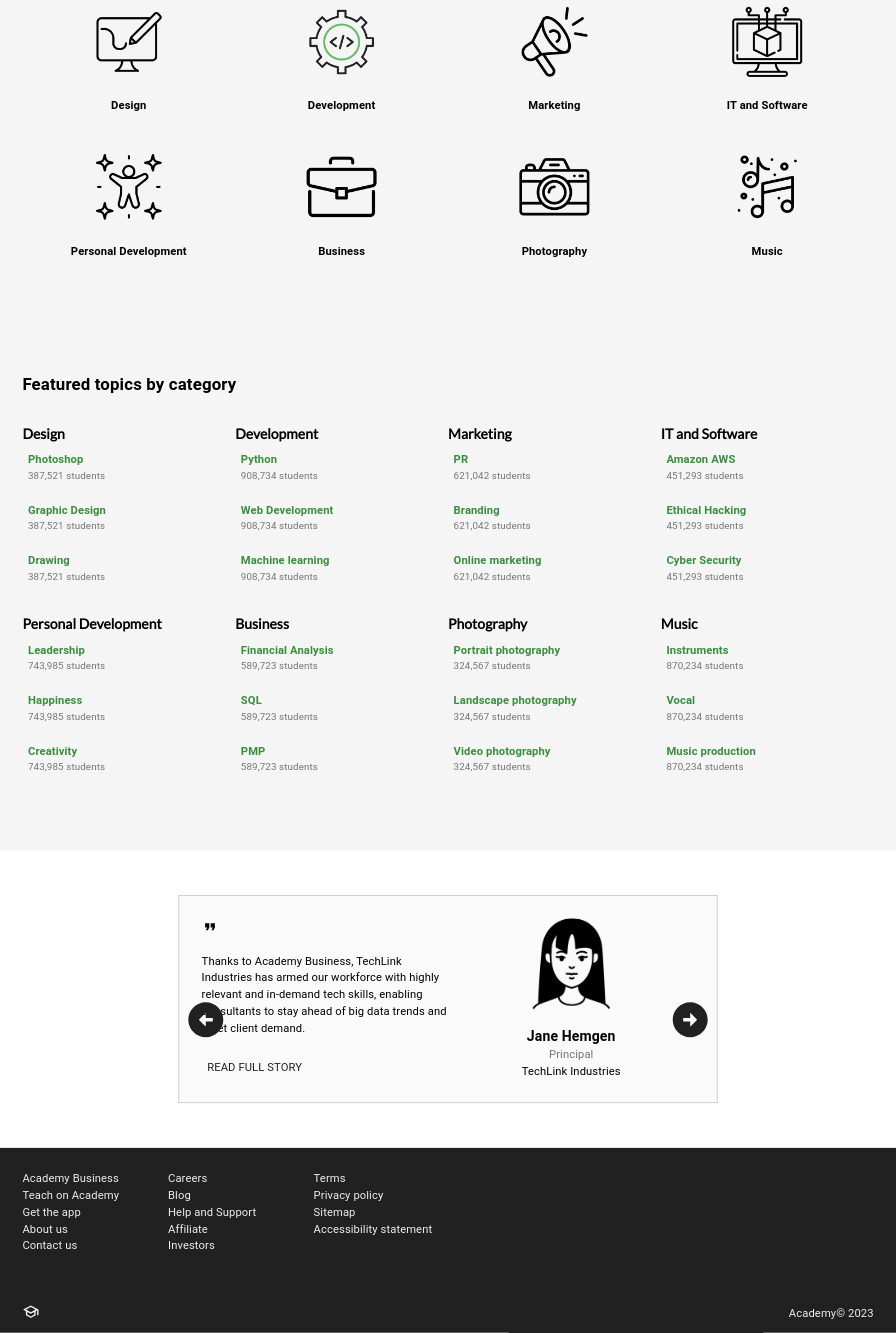
Repository: princ3-web/academy
Page: /
An editor plug-in stored every save of this project. The page is shown before and after a run of saves, followed by the edit.
The browser window is 1280 px wide. The pictures show the part of the page from y = 3697 to 5617 px (the page is 5601 px tall before and 5617 px after), at 70% of full size.
The project was rebuilt for these pictures with package versions that can differ from the ones it lists, and the page was loaded fresh each time. Also part of the build but not shown: vite.config.js, src/pages/Courses.jsx, src/pages/Business.jsx, src/pages/Teach.jsx.

Above is the page before, as saved 2023-07-12 17:20:14.

### src/main.jsx
import React from "react";
import ReactDOM from "react-dom/client";
import App from "./App.jsx";
import "./index.css";
import { BrowserRouter } from "react-router-dom";


ReactDOM.createRoot(document.getElementById("root")).render(
  <React.StrictMode>
      <BrowserRouter>
        <App />
      </BrowserRouter>
  </React.StrictMode>
);

### src/App.jsx
import { useState } from "react";
import "./css/App.module.css";
import { Route, Routes } from "react-router-dom";
import Home from "./pages/Home";
import Courses from "./pages/Courses";
import Business from "./pages/Business";
import Teach from "./pages/Teach";
import Navbar from "./components/Navbar";
import Bottombar from "./components/Bottombar";
import { ThemeProvider, createTheme, responsiveFontSizes  } from "@mui/material/styles";

let theme = createTheme({
  palette: {
    primary: {
      main: "rgba(100, 100, 100, 1)",
      light: "rgba(240, 240, 240, 1)",
      dark: "rgba(15, 15, 15, 1)",
    },
  },
});

theme = responsiveFontSizes(theme);



function App() {
  return (
    <>
      <ThemeProvider theme={theme}>
        <Navbar />
        <Routes>
          <Route path="/" element={<Home />} />
          <Route path="/Courses" element={<Courses />} />
          <Route path="/Business" element={<Business />} />
          <Route path="/Teach" element={<Teach />} />
        </Routes>
        <Bottombar />
      </ThemeProvider>
    </>
  );
}

export default App;

### src/css/App.module.css
  @import url('https://fonts.googleapis.com/css2?family=Lato&display=swap');

  body{
    font-family: 'Lato', sans-serif;
    margin: 0;
    padding: 0;
    overflow-x: hidden;
  }

### src/pages/Home.jsx
import React, { useState } from "react";
import SingleCarousel from "../components/SingleCarousel";
import { Box } from "@mui/material";
import { Typography } from "@mui/material";
import Button from "@mui/material/Button";
import { green, grey } from "@mui/material/colors";
import MultipleCarousel from "../components/MultipleCarousel";
import { courses } from "../data/courses";
import { testimonials } from "../data/testimonials";
import { images } from "../data/images";
import { categories } from "../data/categories";
import TestimonialCard from "../components/TestimonialCard";
import CourseCard from "../components/CourseCard";
import Image from "../components/Image";
import OpinionCard from "../components/OpinionCard";
import { opinions } from "../data/opinions";

const Home = () => {
  const [selectedItem, setSelectedItem] = useState(0);

  return (
    <Box>
      <SingleCarousel images={images} />
      <Box position={"relative"} width={"90vw"} left={"5vw"} py={8}>
        <Typography variant="h1" fontWeight={600}>
          A broad selection of courses
        </Typography>
        <Typography fontSize={20}>
          Choose from over 210,000 online video courses with new additions published every month
        </Typography>
        <Box display={"flex"} flexDirection={"row"} marginTop={2}>
          {courses.map((i, n) => (
            <Button variant="text" onClick={() => setSelectedItem(n)}>
              <Typography fontWeight={600} color={selectedItem === n ? grey[900] : grey[500]}>
                {i.name}
              </Typography>
            </Button>
          ))}
        </Box>
        <Box p={"2vw"} border={"1px solid" + grey[600]}>
          <Typography fontWeight={600} fontSize={28}>
            {courses[selectedItem].title}
          </Typography>
          <Typography width={"65%"} marginY={2}>
            {courses[selectedItem].text}
          </Typography>
          <Button
            variant="text"
            sx={{ border: "1px solid" + grey[900], borderRadius: 0, padding: 1 }}
          >
            <Typography fontWeight={600} color={grey[900]} textTransform={"none"}>
              {courses[selectedItem].button}
            </Typography>
          </Button>
          <MultipleCarousel
            elements={courses[selectedItem].array.map((item, n) => (
              <CourseCard
                title={item.title}
                text={item.text}
                rating={item.rating}
                boxWidth={"30vw"}
                width={"95%"}
                height={200}
                imageObjectFit={"cover"}
              />
            ))}
            index={selectedItem}
          />
        </Box>
      </Box>
      <Box px={4} py={8} sx={{ backgroundColor: grey[200] }}>
        <Typography fontSize={24} fontWeight={600}>
          How learners like you are achieving their goals
        </Typography>
        <MultipleCarousel
          elements={testimonials.map((item, n) => (
            <TestimonialCard name={item.name} text={item.text} />
          ))}
          index={selectedItem}
        />
      </Box>
      <Box px={12} py={8} sx={{ backgroundColor: grey[100] }}>
        <Typography fontSize={24} fontWeight={600}>
          Students are viewing
        </Typography>
        <MultipleCarousel
          elements={courses[0].array.map((item, n) => (
            <CourseCard
              title={item.title}
              text={item.text}
              rating={item.rating}
              boxWidth={"25vw"}
              width={"95%"}
              height={200}
              imageObjectFit={"cover"}
            />
          ))}
          index={selectedItem}
        />
      </Box>
      <Box px={12} py={8} sx={{ backgroundColor: grey[100] }}>
        <Typography fontSize={24} fontWeight={600}>
          Because you searched front end programming
        </Typography>
        <MultipleCarousel
          elements={courses[selectedItem].array.map((item, n) => (
            <CourseCard
              title={item.title}
              text={item.text}
              rating={item.rating}
              boxWidth={"25vw"}
              width={"95%"}
              height={200}
              imageObjectFit={"cover"}
            />
          ))}
          index={selectedItem}
        />
      </Box>
      <Box px={4} py={8} sx={{ backgroundColor: grey[100] }}>
        <Typography fontSize={24} fontWeight={600} mb={5}>
          Top categories
        </Typography>
        <Box display={"flex"} flexWrap={"wrap"}>
          {categories.map((item) => (
            <Box
              width={"25%"}
              sx={{
                display: "flex",
                flexDirection: "column",
                alignItems: "center",
              }}
              mb={4}
            >
              <Button>
                <Box sx={{ justifyContent: "center" }} p={2}>
                  <Image src={item.icon} objectFit={"contain"} height={100} width={200} />
                </Box>
              </Button>

              <Typography fontWeight={600}>
                {item.name}
              </Typography>
            </Box>
          ))}
        </Box>
      </Box>
      <Box px={4} py={8} sx={{ backgroundColor: grey[100] }}>
        <Typography fontSize={24} fontWeight={600} mb={5}>
          Featured topics by category
        </Typography>
        <Box display={"flex"} flexWrap={"wrap"}>
          {categories.map((item) => (
            <Box width={"25%"} display={"flex"} flexDirection={"column"} mb={3}>
              <Typography fontSize={20} variant="" fontWeight={600} mb={1}>
                {item.name}
              </Typography>
              {item.array.map((i) => (
                <Button
                  sx={{
                    textTransform: "none",
                    display: "flex",
                    flexDirection: "column",
                    alignItems: "flex-start",
                    width: "80%",
                  }}
                >
                  <Typography fontWeight={600} color={green[700]}>
                    {i}
                  </Typography>
                  <Typography variant={"body2"} color={grey[600]} mb={2}>
                    {item.students.toLocaleString()} students
                  </Typography>
                </Button>
              ))}
            </Box>
          ))}
        </Box>
      </Box>
      <Box px={4} py={8} position={"relative"} display={"flex"} justifyContent={"center"}>
        <Box
          backgroundColor={grey[50]}
          sx={{ position: "relative", width: "60vw" }}
          border={"1px solid" + grey[400]}
        >
          <MultipleCarousel
            elements={
              <Box display={"flex"} width={opinions.length * 60 + "vw"}>
                {opinions.map((item) => (
                  <OpinionCard
                    name={item.name}
                    text={item.text}
                    role={item.role}
                    gender={item.gender}
                    workplace={item.workplace}
                  />
                ))}
              </Box>
            }
          />
        </Box>
      </Box>
    </Box>
  );
};

export default Home;

### src/components/Navbar.jsx
import React from "react";
import navbarStyles from "../css/Navbar.module.css";
import Button from "@mui/material/Button";
import IconButton from "@mui/material/IconButton";
import ShoppingCartIcon from "@mui/icons-material/ShoppingCart";
import PublicOutlinedIcon from "@mui/icons-material/PublicOutlined";
import SchoolOutlinedIcon from "@mui/icons-material/SchoolOutlined";
import { TextField, Box, Hidden } from "@mui/material";
import { grey } from "@mui/material/colors";
import MobileDrawer from "./MobileDrawer";

const Navbar = () => {
  return (
    <Box className={navbarStyles.navbar} px={4}>
      <MobileDrawer />
      <IconButton>
        <SchoolOutlinedIcon />
      </IconButton>
      <Hidden lgDown>
        <Button variant="text" sx={{ color: grey[900], textTransform: "none", mr: 1 }}>
          Categories
        </Button>
      </Hidden>
      <Hidden lgDown>
        <TextField
          id="standard-basic"
          label="Search for anything"
          variant="filled"
          sx={{ width: "400px" }}
        />
      </Hidden>
      <Hidden lgDown>
        <Button variant="text" sx={{ color: grey[900], textTransform: "none", mr: 1 }}>
          Business
        </Button>
        <Button variant="text" sx={{ color: grey[900], textTransform: "none", mr: 1 }}>
          Teach
        </Button>
      </Hidden>
      <IconButton>
        <ShoppingCartIcon />
      </IconButton>
      <Hidden lgDown>
        <div className={navbarStyles.buttons}>
          <Button
            variant="contained"
            sx={{ backgroundColor: grey[900], textTransform: "none", mr: 1 }}
          >
            Log in
          </Button>
          <Button
            variant="outlined"
            sx={{ backgroundColor: grey[50], textTransform: "none", color: grey[900], mr: 1 }}
          >
            Sign up
          </Button>
          <IconButton>
            <PublicOutlinedIcon />
          </IconButton>
        </div>
      </Hidden>
    </Box>
  );
};

export default Navbar;

### src/components/Bottombar.jsx
import React from "react";
import { Box } from "@mui/material";
import { grey } from "@mui/material/colors";
import { links } from "../data/links";
import { Typography } from "@mui/material";
import SchoolOutlinedIcon from "@mui/icons-material/SchoolOutlined";

const Bottombar = () => {
  return (
    <Box position={"relative"} px={4} py={4} height={"200px"} sx={{ backgroundColor: grey[900] }}>
      <Box sx={{ columnCount: 3, width: "50%" }}>
        <Box display={"flex"} flexDirection={"column"} flexWrap={"wrap"}>
          {links.map((item) => (
            <Typography color={grey[200]}>{item}</Typography>
          ))}
        </Box>
      </Box>
      <Box position={"absolute"} color={grey[200]} sx={{ left: 32, bottom: 15 }}>
        <SchoolOutlinedIcon />
      </Box>
      <Typography position={"absolute"} color={grey[200]} sx={{ right: 32, bottom: 15 }}>
        Academy© 2023
      </Typography>
    </Box>
  );
};

export default Bottombar;

### src/data/images.jsx
import image0 from "../assets/images/image0.webp";
import image1 from "../assets/images/image1.webp";
import image2 from "../assets/images/image2.webp";
import image3 from "../assets/images/image3.webp";
import image4 from "../assets/images/image4.webp";
import image5 from "../assets/images/image5.webp";

export const images = [
    {
      name: "Mastering Web Development",
      description: "A Comprehensive Online Guide",
      image: image0,
    },
    {
      name: "Data Science Fundamentals",
      description: "An Interactive Online Course",
      image: image1,
    },
    {
      name: "Cybersecurity Essentials",
      description: "Online Training for Secure Networks",
      image: image2,
    },
    {
      name: "Mobile App Development",
      description: "Learn to Build for iOS and Android Online",
      image: image3,
    },
    {
      name: "Cloud Computing Mastery",
      description: "Online Course for AWS, Azure, and Google Cloud",
      image: image4,
    },
    {
      name: "Artificial Intelligence and Machine Learning",
      description: "Online Training for Future Innovators",
      image: image5,
    },
  ];

### src/data/categories.jsx
import business from "../assets/icons/business.png";
import photography from "../assets/icons/photography.png";
import development from "../assets/icons/development.png";
import marketing from "../assets/icons/marketing.png";
import design from "../assets/icons/design.png";
import music from "../assets/icons/music.png";
import personalDevelopment from "../assets/icons/personalDevelopment.png";
import software from "../assets/icons/software.png";

export const categories = [
  {
    name: "Design",
    icon: design,
    students: 387521,
    array: ["Photoshop", "Graphic Design", "Drawing"],
  },
  {
    name: "Development",
    icon: development,
    students: 908734,
    array: ["Python", "Web Development", "Machine learning"],
  },
  {
    name: "Marketing",
    icon: marketing,
    students: 621042,
    array: ["PR", "Branding", "Online marketing"],
  },
  {
    name: "IT and Software",
    icon: software,
    students: 451293,
    array: ["Amazon AWS", "Ethical Hacking", "Cyber Security"],
  },
  {
    name: "Personal Development",
    icon: personalDevelopment,
    students: 743985,
    array: ["Leadership", "Happiness", "Creativity"],
  },
  {
    name: "Business",
    icon: business,
    students: 589723,
    array: ["Financial Analysis", "SQL", "PMP"],
  },
  {
    name: "Photography",
    icon: photography,
    students: 324567,
    array: ["Portrait photography", "Landscape photography", "Video photography"],
  },
  {
    name: "Music",
    icon: music,
    students: 870234,
    array: ["Instruments", "Vocal", "Music production"],
  },
];

### src/components/TestimonialCard.jsx
import React from "react";
import { Box, Typography } from "@mui/material";
import { grey } from "@mui/material/colors";
import FormatQuoteIcon from "@mui/icons-material/FormatQuote";

const TestimonialCard = ({ width, name, text }) => {
  return (
    <Box sx={{ width: width, backgroundColor: grey[50], border: "1px solid" + grey[400] }} p={3} my={3} mr={3}>
      <FormatQuoteIcon />
      <Typography fontSize={16} mt={2}>
        {text}
      </Typography>
      <Box my={2} sx={{ borderTop: "1px solid" + grey[400] }}></Box>
      <Typography fontSize={18} fontWeight={600}>
        {name}
      </Typography>
    </Box>
  );
};

TestimonialCard.defaultProps = {
  width: 300,
};

export default TestimonialCard;

### src/components/Image.jsx
import React from "react";
import image from "../assets/icons/image.png";
import { Box } from "@mui/material";

const Image = ({width, height, src, objectFit }) => (
  <Box>
    <img src={src} style={{ objectFit: objectFit, height: height, width: width }} alt="" />
  </Box>
);

Image.defaultProps = {
  src: image,
  objectFit: "cover",
  width: "100%",
  height: "100%",
};

export default Image;

### src/components/OpinionCard.jsx
import { Typography } from "@mui/material";
import React from "react";
import AccountCircleIcon from "@mui/icons-material/AccountCircle";
import { Box } from "@mui/material";
import FormatQuoteIcon from "@mui/icons-material/FormatQuote";
import Button from "@mui/material/Button";
import { green, grey } from "@mui/material/colors";
import faceFemale from "../assets/icons/faceFemale.png";
import faceMale from "../assets/icons/faceMale.png";
import Image from "./Image";

const OpinionCard = ({ name, text, role, gender, workplace }) => {
  return (
    <Box display={"flex"} justifyContent={"space-between"} width={"60vw"} px={4}>
      <Box
        width={"50%"}
        display={"flex"}
        flexDirection={"column"}
        alignItems={"flex-start"}
        justifyContent={"space-between"}
      >
        <FormatQuoteIcon />
        <Typography>{text}</Typography>
        <Button>
          <Typography color={grey[900]}>Read full story</Typography>
        </Button>
      </Box>
      <Box
        width={"50%"}
        display={"flex"}
        flexDirection={"column"}
        alignItems={"center"}
        justifyContent={"center"}
      >
        <Box borderRadius={"100%"} overflow={"hidden"}>
          <Image src={gender === "female" ? faceFemale : faceMale} width={150} />
        </Box>
        <Typography fontSize={20} fontWeight={600}>
          {name}
        </Typography>
        <Typography color={grey[600]}> {role}</Typography>
        <Typography>{workplace}</Typography>
      </Box>
    </Box>
  );
};

export default OpinionCard;

### src/css/Navbar.module.css
.navbar {
  display: flex;
  align-items: center;
  justify-content: space-between;
  box-sizing: border-box;
  background-color: var(--gray-50);
  height: 5rem;
  width: 100%;
}


.buttons {
  display: flex;
}

### src/components/MobileDrawer.jsx
import React, { useState } from "react";
import {
  Box,
  Drawer,
  List,
  ListItem,
  ListItemIcon,
  ListItemText,
  Hidden,
  Button,
} from "@mui/material";
import MenuIcon from "@mui/icons-material/Menu";

const MobileDrawer = () => {
  const [isDrawerOpen, setIsDrawerOpen] = useState(false);

  const handleDrawerToggle = () => {
    setIsDrawerOpen(!isDrawerOpen);
  };

  return (
    <Hidden smUp>
      <Box>
        <Button onClick={handleDrawerToggle}>
          <MenuIcon />
        </Button>
        <Drawer anchor="left" open={isDrawerOpen} onClose={handleDrawerToggle}>
          <List>
            <ListItem button>
              <ListItemIcon>{/* Add icon here */}</ListItemIcon>
              <ListItemText primary="Item 1" />
            </ListItem>
          </List>
        </Drawer>
      </Box>
    </Hidden>
  );
};

export default MobileDrawer;

### src/data/links.jsx
export const links = [
    "Academy Business",
    "Teach on Academy",
    "Get the app",
    "About us",
    "Contact us",
    "Careers",
    "Blog",
    "Help and Support",
    "Affiliate",
    "Investors",
    "Terms",
    "Privacy policy",
    "Sitemap",
    "Accessibility statement"
]

### src/css/SingleCarousel.module.css

.arrows {
  position: absolute;
  display: flex;
  justify-content: space-between;
  align-items: center;
  align-self: center;
  position: absolute;
  z-index: 100;
  width: 100%;
  height: 60vh;
  left: 0%;
  top: 0%;
}

.arrow {
  cursor: pointer;
}

### src/components/StarRating.jsx
import React from "react";
import StarOutlineIcon from "@mui/icons-material/StarOutline";
import StarRateIcon from "@mui/icons-material/StarRate";
import StarHalfIcon from "@mui/icons-material/StarHalf";

const StarRating = ({ rating }) => {
  const stars = [];

  // Create an array of five stars
  for (let i = 1; i <= 5; i++) {
    let starIcon;
    if (i <= rating) {
      starIcon = <StarRateIcon color="warning" fontSize="small" />;
    } else if (i - rating <= 0.5) {
      starIcon = <StarHalfIcon color="warning" fontSize="small" />;
    } else {
      starIcon = <StarOutlineIcon color="warning" fontSize="small" />;
    }

    stars.push(starIcon);
  }

  return <div>{stars}</div>;
};

export default StarRating;

### src/components/CourseCardTooltip.jsx
import React, { useRef } from "react";
import { Box } from "@mui/material";
import { grey, teal } from "@mui/material/colors";
import { Typography } from "@mui/material";

const CourseCardTooltip = ({ display, placement, title, text }) => {
  return (
    <Box
      width={250}
      position={"absolute"}
      display={display}
      border={"1px solid" + grey[600]}
      sx={{ backgroundColor: grey[50], boxShadow: 3 }}
      right={"5%"}
      top={0}
      zIndex={1}
      p={2}
    >
      <Typography fontSize={24} fontWeight={600} mb={1}>
        {title}
      </Typography>
      <Typography fontSize={12} fontWeight={600} color={teal[600]}>
        Updated February 2023
      </Typography>
      <Typography fontSize={14} color={grey[600]}>
        9.5 total hours · All Levels · Subtitles
      </Typography>
      <Typography fontSize={16} my={1}>
        {text}
      </Typography>
    </Box>
  );
};

export default CourseCardTooltip;

Loaded but not shown: index.html (common file); src/data/courses.jsx (185 lines, source omitted); src/components/SingleCarousel.jsx (116 lines, source omitted); src/components/MultipleCarousel.jsx (105 lines, source omitted); src/components/CourseCard.jsx (75 lines, source omitted); src/data/opinions.jsx (44 lines, source omitted); src/data/testimonials.jsx (26 lines, source omitted); src/index.css (no stored copy; drawn as an empty file)

After the next 2 saves:
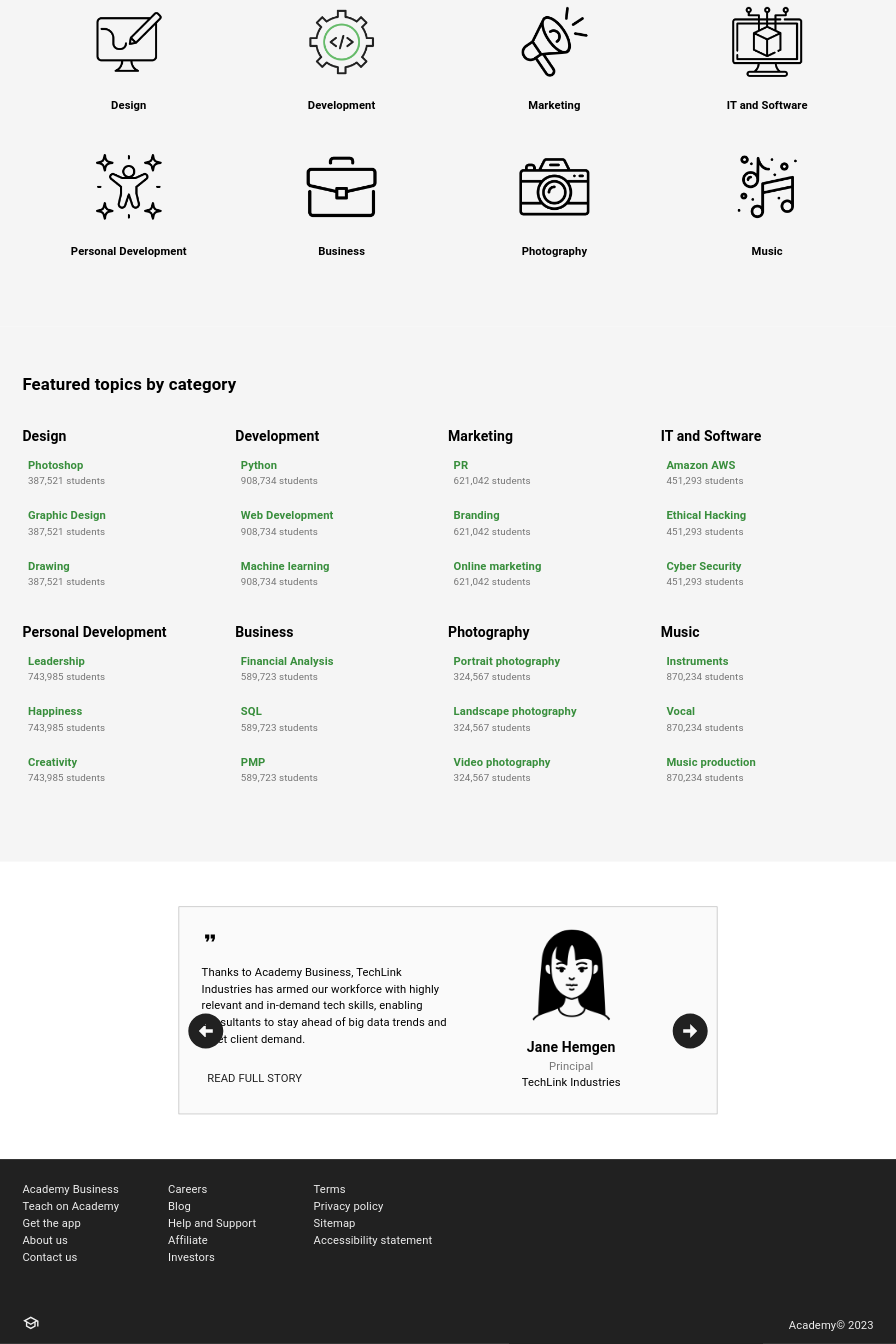
The 2 saves are shown as one change because they came seconds apart.
The last was saved 6 s later.
--- a/src/pages/Home.jsx
+++ b/src/pages/Home.jsx
@@ -152,7 +152,7 @@
         <Box display={"flex"} flexWrap={"wrap"}>
           {categories.map((item) => (
             <Box width={"25%"} display={"flex"} flexDirection={"column"} mb={3}>
-              <Typography fontSize={20} variant="" fontWeight={600} mb={1}>
+              <Typography fontSize={20} variant={"h6"} fontWeight={600} mb={1}>
                 {item.name}
               </Typography>
               {item.array.map((i) => (
